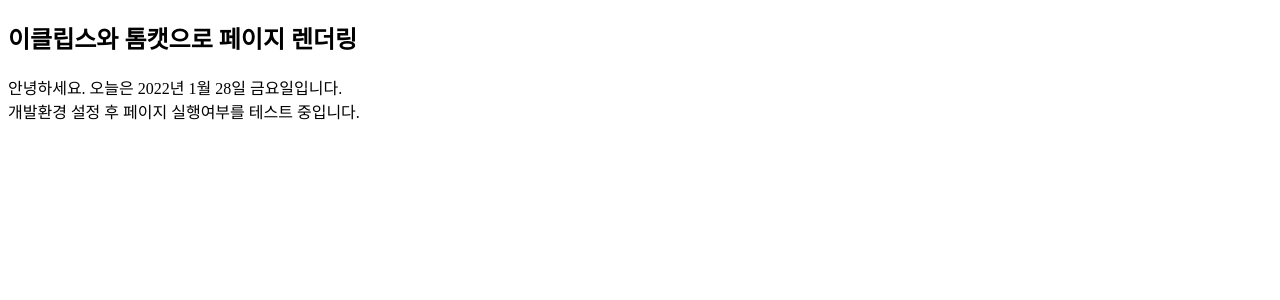
Repository: eun-chongzzz/jsp_practice
Page: http://localhost/JSPBasic/Hello.jsp
An editor plug-in stored every save of this project. The page is shown before and after the next save, followed by the edit.
The browser window is 1280 px wide. The pictures show the whole page.
The page is served by Tomcat 9.

Above is the page before, as saved 2022-01-28 02:00:22.

After the next save:
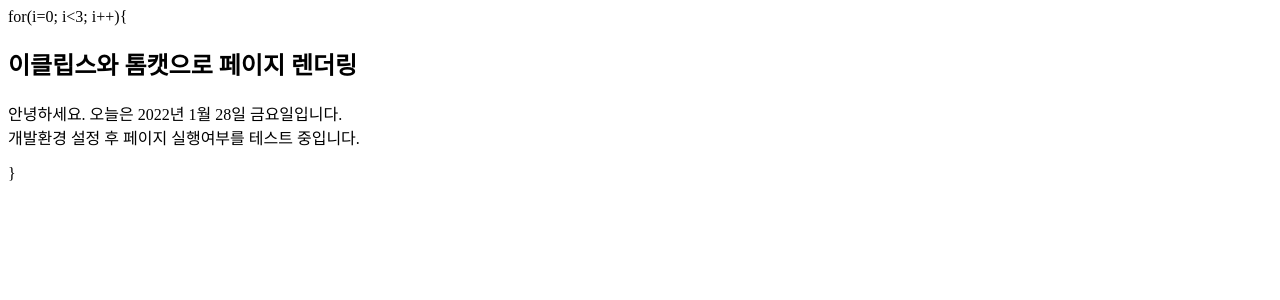
Saved 3 min 41 s later.
--- a/JSPBasic/src/main/webapp/Hello.jsp
+++ b/JSPBasic/src/main/webapp/Hello.jsp
@@ -8,11 +8,12 @@
 </head>
 <body>
 
+	for(i=0; i<3; i++){
 	<h2>이클립스와 톰캣으로 페이지 렌더링</h2>
 	<p>
 		안녕하세요. 오늘은 2022년 1월 28일 금요일입니다.<br/>
 		개발환경 설정 후 페이지 실행여부를 테스트 중입니다.
 	</p>
-
+	}
 </body>
 </html>
